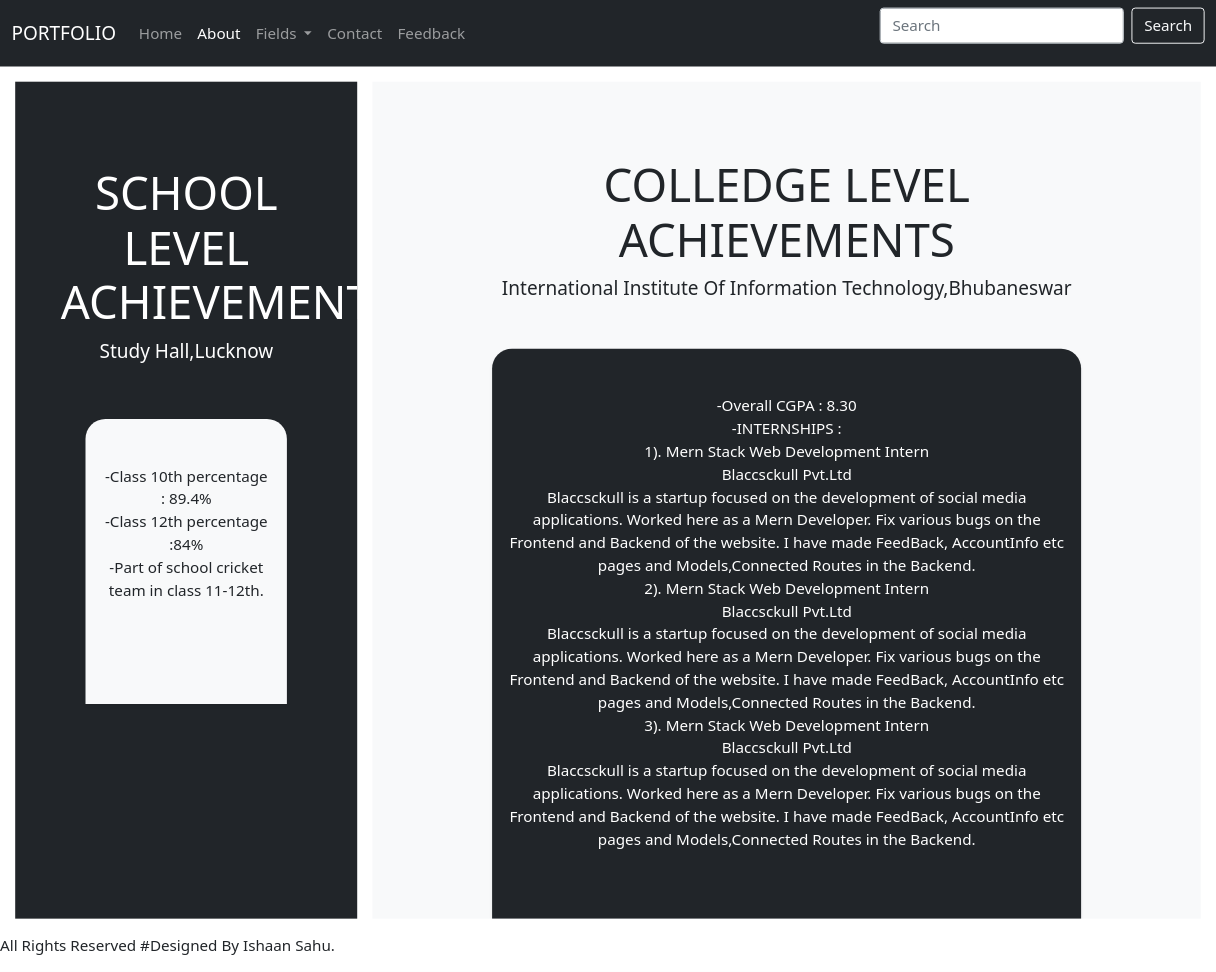
Repository: ishaan51551/Ishaan-s-Portfolio-
Page: about.html
These files come from the project's save history. The page is drawn as it stood at one moment and after a run of saves; the edit follows.
The browser window is 1280 px wide. The pictures show the whole page, at 95% of full size.

Above is the page before, as saved 2023-09-13 16:07:28.

### about.html
</body>

</html>

<!doctype html>
<html lang="en">

<head>
  <!-- Required meta tags -->
  <meta charset="utf-8">
  <meta name="viewport" content="width=device-width, initial-scale=1">

  <!-- Bootstrap CSS -->
  <link href="https://cdn.jsdelivr.net/npm/bootstrap@5.1.1/dist/css/bootstrap.min.css" rel="stylesheet"
    integrity="sha384-F3w7mX95PdgyTmZZMECAngseQB83DfGTowi0iMjiWaeVhAn4FJkqJByhZMI3AhiU" crossorigin="anonymous">

  <title>Ishaan Sahu Portfolio</title>
</head>

<body>


  <!-- NAVBAR -->
  <nav class="navbar navbar-expand-lg navbar-dark bg-dark">
    <div class="container-fluid">
      <a class="navbar-brand" href="#">PORTFOLIO </a>
      <button class="navbar-toggler" type="button" data-bs-toggle="collapse" data-bs-target="#navbarSupportedContent"
        aria-controls="navbarSupportedContent" aria-expanded="false" aria-label="Toggle navigation">
        <span class="navbar-toggler-icon"></span>
      </button>
      <div class="collapse navbar-collapse" id="navbarSupportedContent">
        <ul class="navbar-nav me-auto mb-2 mb-lg-0">
          <li class="nav-item">
            <a class="nav-link " aria-current="page" href="index.html">Home</a>
          </li>
          <li class="nav-item">
            <a class="nav-link active" href="/about.html">About</a>
          </li>
          <li class="nav-item dropdown">
            <a class="nav-link dropdown-toggle" href="#" id="navbarDropdown" role="button" data-bs-toggle="dropdown"
              aria-expanded="false">
              Fields
            </a>
            <ul class="dropdown-menu" aria-labelledby="navbarDropdown">
              <li><a class="dropdown-item" href="programming.html">Programming</a></li>
              <li><a class="dropdown-item" href="webdev.html">Web Devlopment</a></li>
              <li>
                <hr class="dropdown-divider">
              </li>
              <li><a class="dropdown-item" href="extracurricular.html">Extra Curricular</a></li>
            </ul>
          </li>
          <li class="nav-item">
            <a class="nav-link " aria-current="page" href="contact.html">Contact</a>
          </li>

          <li class="nav-item">
            <a class="nav-link" href="feedback.html">Feedback</a>

          </li>

        </ul>
        <form class="d-flex">
          <input class="form-control me-2" type="search" placeholder="Search" aria-label="Search">
          <button class="btn btn-outline-light" type="submit">Search</button>

        </form>
      </div>
    </div>
  </nav>

  <!-- Optional JavaScript; choose one of the two! -->

  <!-- Option 1: Bootstrap Bundle with Popper -->
  <script src="https://cdn.jsdelivr.net/npm/bootstrap@5.1.1/dist/js/bootstrap.bundle.min.js"
    integrity="sha384-/bQdsTh/da6pkI1MST/rWKFNjaCP5gBSY4sEBT38Q/9RBh9AH40zEOg7Hlq2THRZ"
    crossorigin="anonymous"></script>



  <!-- boxes -->
  <div class="d-md-flex flex-md-equal w-100my-md-3 ps-md-3 my-3 justify-content-center align item center">
    <div class="bg-dark me-md-3 pt-3 px-3 pt-md-5 px-md-5 text-center text-white overflow-hidden">
      <div class="my-4 py-3 ">
        <h2 class="display-5">SCHOOL LEVEL ACHIEVEMENTS</h2>
        <p class="lead">Study Hall,Lucknow</p>
      </div>
      <div class="bg-light shadow-sm mx-auto" style="width: 80%; height: 300px; border-radius: 21px 21px 0 0;">
        <p class="dance text-dark overfow-hidden text-center px-3 py-5">-Class 10th percentage : 89.4%</br>
          -Class 12th percentage :84%</br>
          -Part of school cricket team in class 11-12th.<br>
        </p>

      </div>
    </div>
    <div class="bg-light me-md-3 pt-3 px-3 pt-md-5 px-md-5 text-center overflow-hidden">
      <div class="my-3 p-3">
        <h2 class="display-5">COLLEDGE LEVEL ACHIEVEMENTS</h2>
        <p class="lead">International Institute Of Information Technology,Bhubaneswar</p>
      </div>
      <div class="bg-dark shadow-sm mx-auto" style="width: 80%; height: 600px; border-radius: 21px 21px 0 0;">
        <p class="swing text-white text-center px-3 py-5">
          -Overall CGPA : 8.30</br>
          -INTERNSHIPS :</br>
          1). Mern Stack Web Development Intern<br>
          Blaccsckull Pvt.Ltd<br>
          Blaccsckull is a startup focused on the development of social media applications. Worked here as a Mern
          Developer.
          Fix various bugs on the Frontend and Backend of the website.
          I have made FeedBack, AccountInfo etc pages and Models,Connected Routes in the Backend.
          <br>
          2). Mern Stack Web Development Intern<br>
          Blaccsckull Pvt.Ltd<br>
          Blaccsckull is a startup focused on the development of social media applications. Worked here as a Mern
          Developer.
          Fix various bugs on the Frontend and Backend of the website.
          I have made FeedBack, AccountInfo etc pages and Models,Connected Routes in the Backend.
          <br>
          3). Mern Stack Web Development Intern<br>
          Blaccsckull Pvt.Ltd<br>
          Blaccsckull is a startup focused on the development of social media applications. Worked here as a Mern
          Developer.
          Fix various bugs on the Frontend and Backend of the website.
          I have made FeedBack, AccountInfo etc pages and Models,Connected Routes in the Backend.
        </p>
      </div>
    </div>
  </div>

  <!-- FOOTER  -->
  <footer class="blog-footer">
    <p>All Rights Reserved #Designed By Ishaan Sahu.</p>
    <p>

    </p>
  </footer>
</body>

</html>

After the next 2 saves:
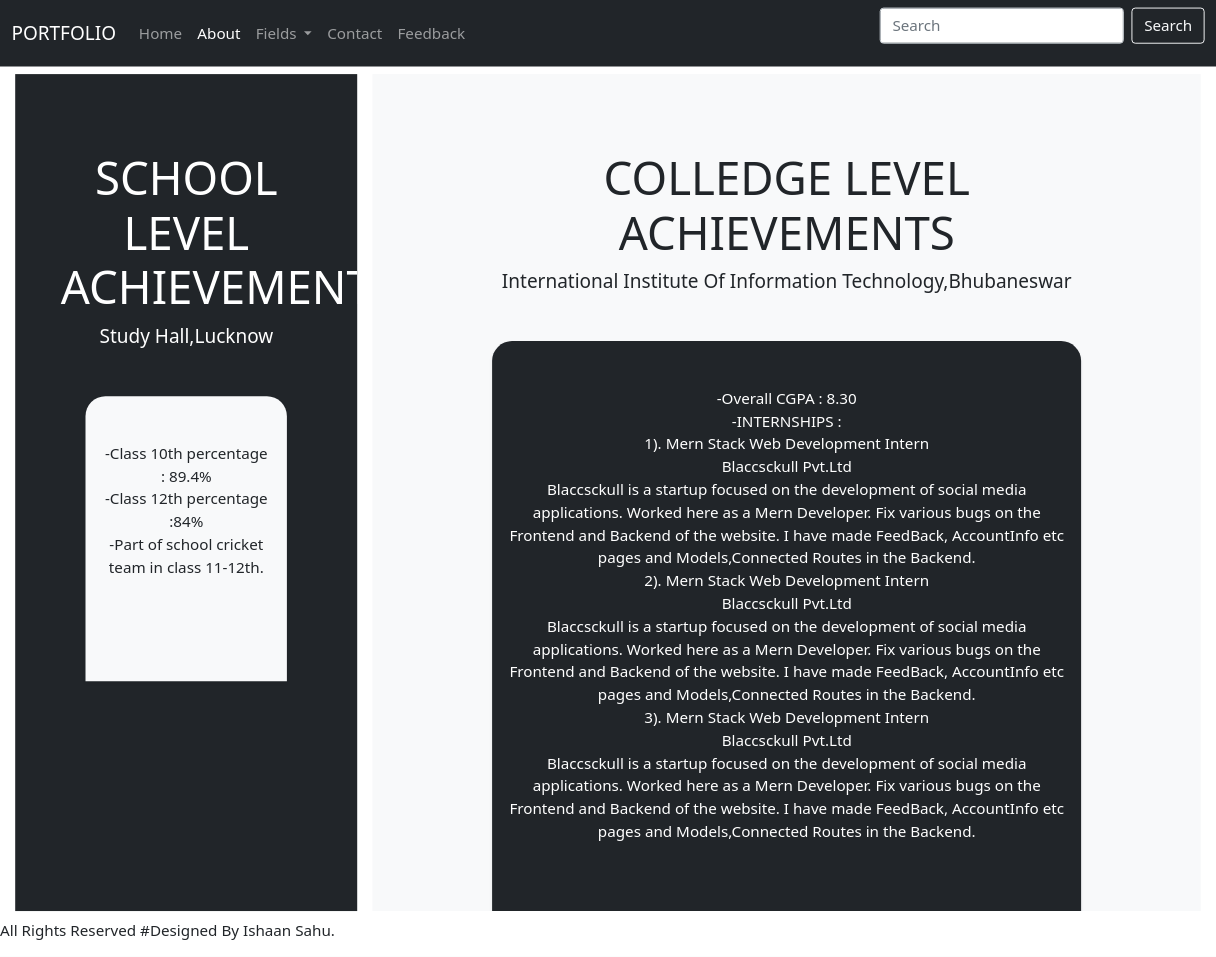
The 2 saves are shown as one change because they came seconds apart.
The last was saved 11 s later.
--- a/about.html
+++ b/about.html
@@ -79,9 +79,9 @@
 
 
   <!-- boxes -->
-  <div class="d-md-flex flex-md-equal w-100my-md-3 ps-md-3 my-3 justify-content-center align item center">
+  <div class="d-md-flex flex-md-equal w-100my-md-3 ps-md-3 my-2 justify-content-center align item center">
     <div class="bg-dark me-md-3 pt-3 px-3 pt-md-5 px-md-5 text-center text-white overflow-hidden">
-      <div class="my-4 py-3 ">
+      <div class="my-3 py-3 ">
         <h2 class="display-5">SCHOOL LEVEL ACHIEVEMENTS</h2>
         <p class="lead">Study Hall,Lucknow</p>
       </div>
